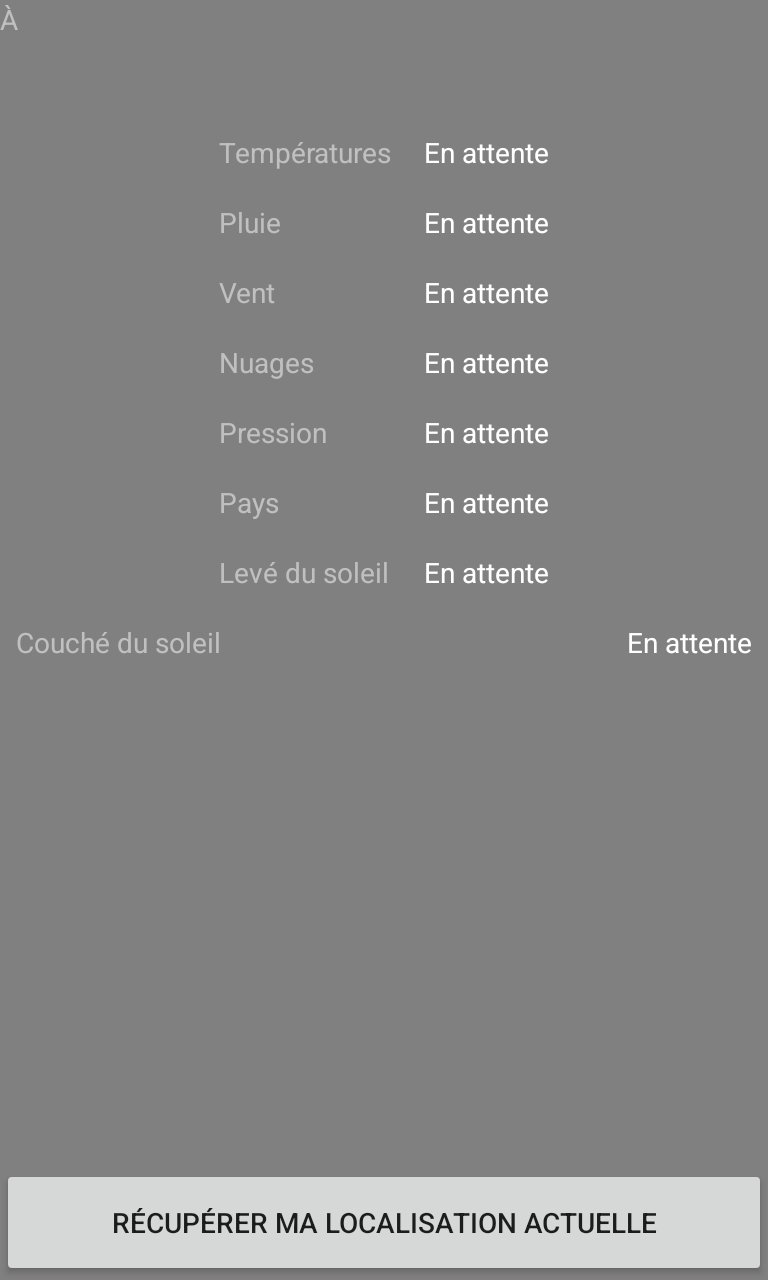
Repository: cpluuuusplus/WhoWantsKitKat
Layout: AppliPlus/res/layout/activity_meteo_principale.xml
The author's editor kept a copy of each file at every save. The layout is drawn from the files as they stood at one save, then again after the next save.
It is drawn on a 768 x 1280 px phone screen (xhdpi) without system bars, with theme Theme.AppCompat.Light; the app's code is not run.

Above is the layout before, as saved 2014-05-12 14:17:53.

After the next save:
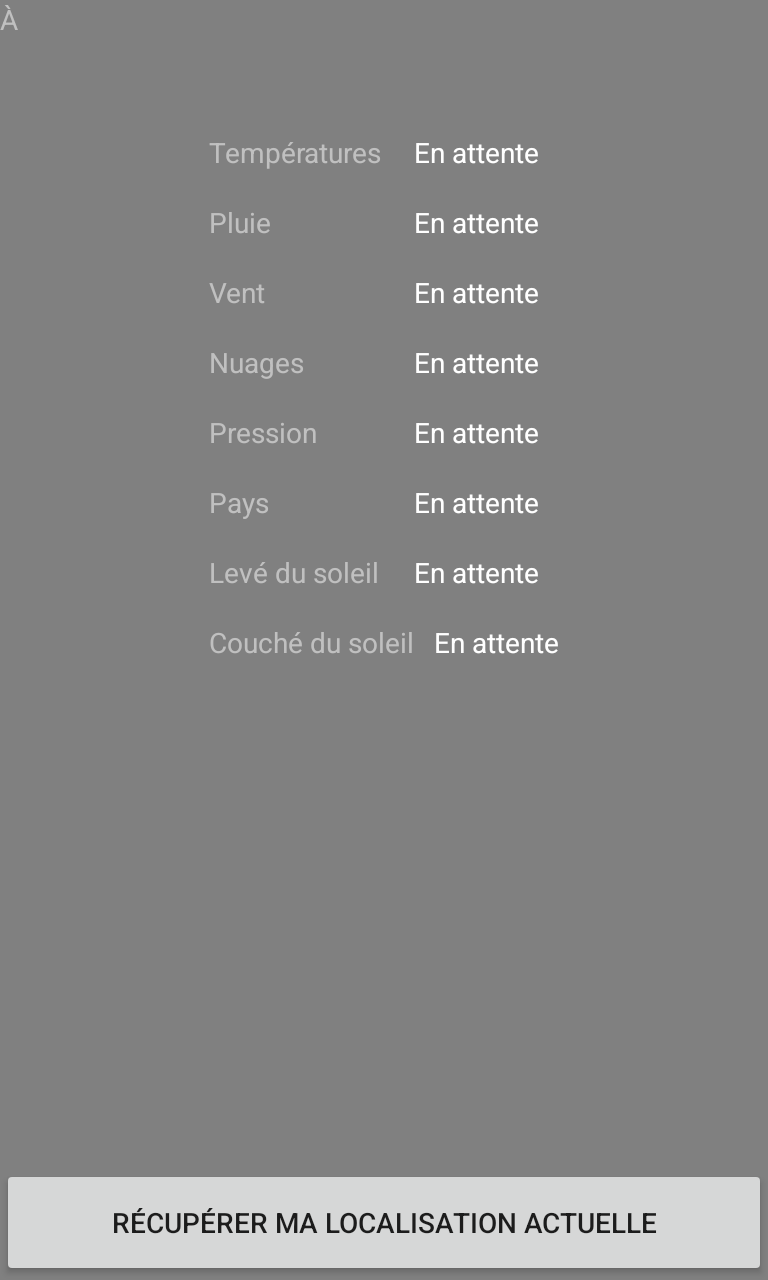
Saved 21 s later.
--- a/AppliPlus/res/layout/activity_meteo_principale.xml
+++ b/AppliPlus/res/layout/activity_meteo_principale.xml
@@ -233,7 +233,7 @@
             <TextView
                 android:id="@+id/info_sunset"
                 android:layout_width="fill_parent"
-                        android:layout_weight="1"
+                android:layout_marginLeft="10dp"
                 android:gravity="right"
                 android:text="@string/to_be_defined"
                 android:textColor="@color/white" />
